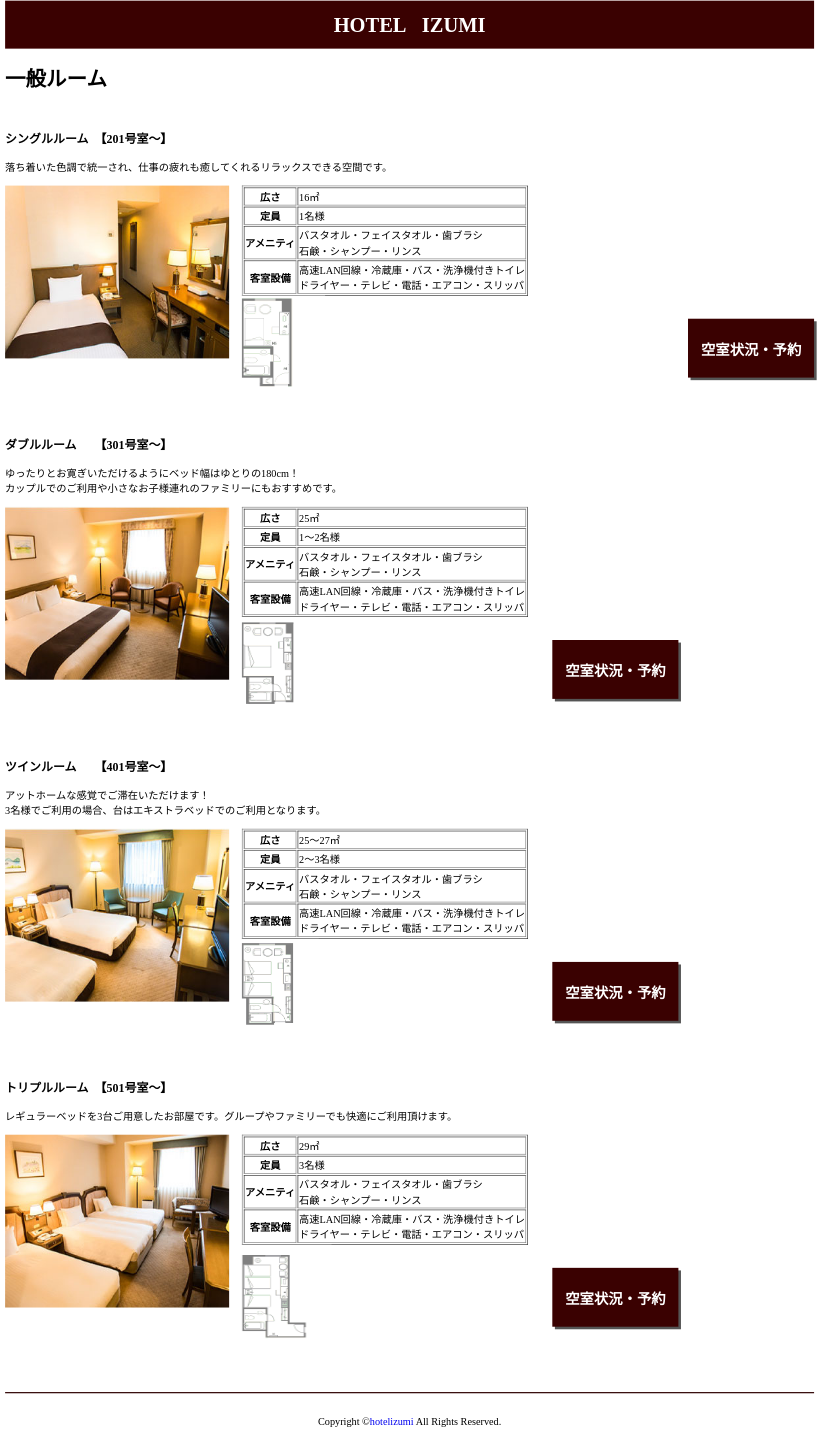
Repository: sep-dev/hotel_site
Page: http://localhost/HOTEL_IZUMI/general
An editor plug-in stored every save of this project. The page is shown before and after the next save, followed by the edit.
The browser window is 1280 px wide. The pictures show the whole page, at 64% of full size.
The page is served by Tomcat 9.

Above is the page before, as saved 2016-05-26 00:46:22.

After the next save:
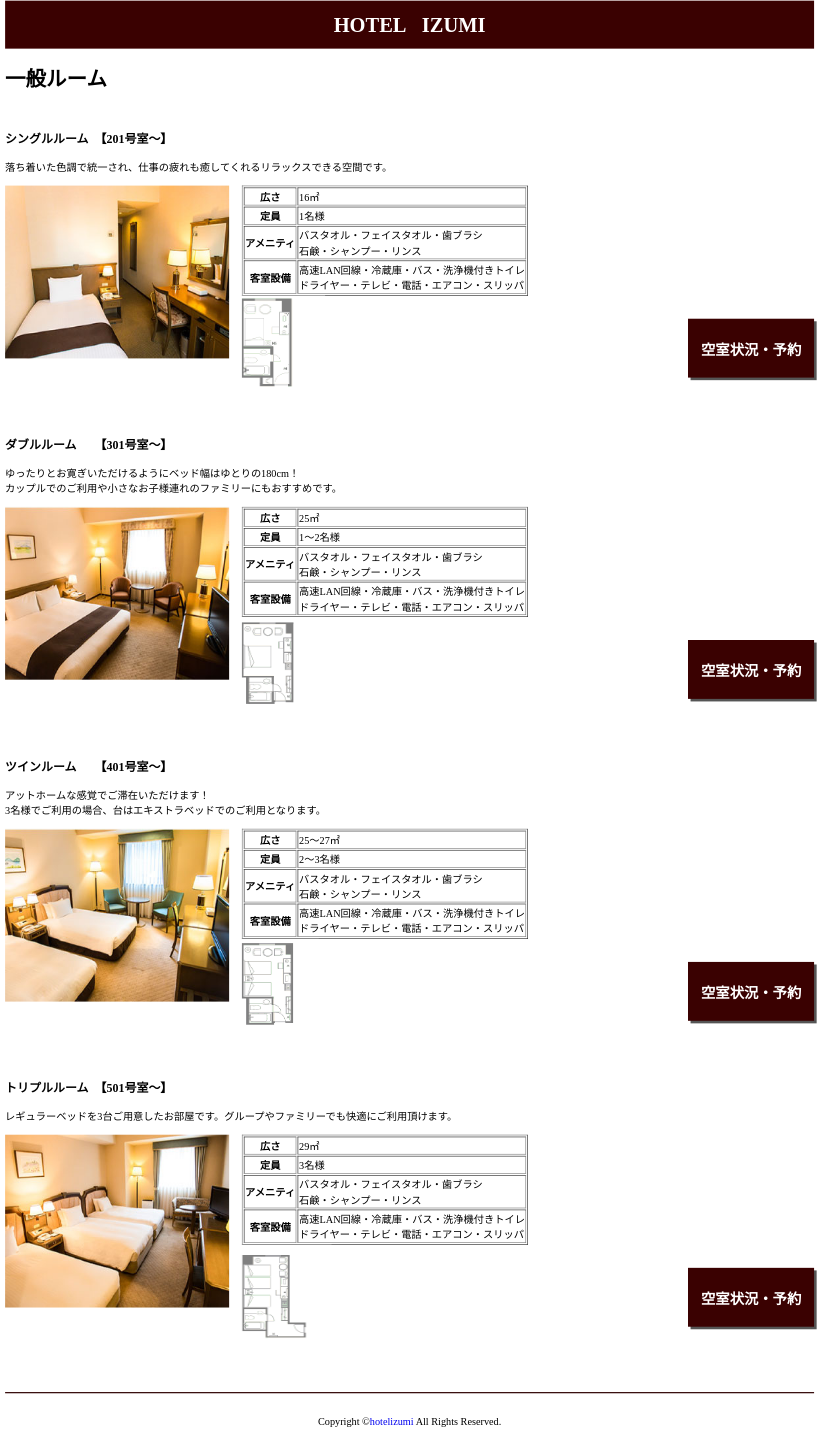
Saved 50 s later.
--- a/HOTEL_IZUMI/src/main/webapp/WEB-INF/views/general.jsp
+++ b/HOTEL_IZUMI/src/main/webapp/WEB-INF/views/general.jsp
@@ -85,7 +85,7 @@
 
        <img src="./resources/picture/ph04_shw1.png" alt="間取り図" width="130" height="146" align="left" ><br><br>
 
-       <button class="button2" type="submit" style="position: absolute; right: 220px;">空室状況・予約</button>
+       <button class="button2" type="submit" >空室状況・予約</button>
        <br clear="all">
        <br><br><br>
 
@@ -121,7 +121,7 @@
         <img src="./resources/picture/ph06_shw1.png" alt="間取り図" width="120" height="146" align="left" >
         <br><br>
 
-        <button class="button2" type="submit" style="position: absolute; right: 220px;">空室状況・予約</button>
+        <button class="button2" type="submit" >空室状況・予約</button>
         <br clear="all">
         <br><br><br>
 
@@ -155,7 +155,7 @@
 
         <img src="./resources/picture/ph07_shw1.png" alt="間取り図" width="140" height="146" align="left" ><br><br>
 
-        <button class="button2" type="submit" style="position: absolute; right: 220px;">空室状況・予約</button>
+        <button class="button2" type="submit">空室状況・予約</button>
         <br clear="all">
         <br><br><br>
 
